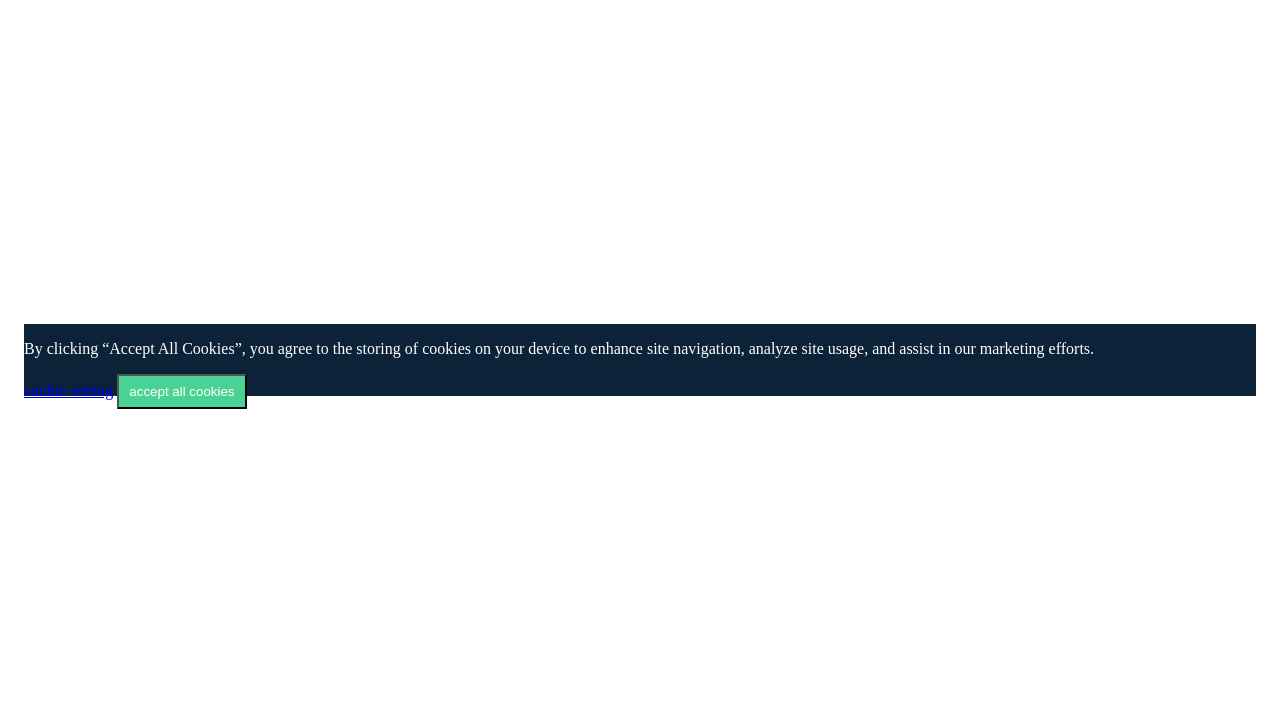
Repository: batonAnton/cursor_cookies_lectr3
Page: index.html
These files come from the project's save history. The page is drawn as it stood at one moment and after the next save; the edit follows.
The browser window is 1280 px wide. The pictures show the whole page.

Above is the page before, as saved 2022-06-01 10:33:33.

### index.html
<!DOCTYPE html>
<html lang="en">
<head>
    <meta charset="UTF-8">
    <meta http-equiv="X-UA-Compatible" content="IE=edge">
    <meta name="viewport" content="width=device-width, initial-scale=1.0">
    <link rel="preconnect" href="https://fonts.googleapis.com">
    <link rel="preconnect" href="https://fonts.gstatic.com" crossorigin>
    <link href="https://fonts.googleapis.com/css2?family=Roboto:ital,wght@1,500&display=swap" rel="stylesheet">
    <link rel="stylesheet" href="/css/style.css">
    <title>Cookie Banner</title>
</head>
<body>
    <div class="container">
        <div class="banner_1">
            <p>By clicking “Accept All Cookies”, you agree to the storing of cookies on your device to enhance site navigation, analyze site usage, and assist in our marketing efforts.</p>

            <a href="#">cookie setting</a>

            <button>accept all cookies</button>
        </div>
    </div>
</body>
</html>

### css/style.css
body {
  margin: 324px 24px;
}
p {
  font-size: 1rem;
}

.banner_1 {
  width: 100%;
  height: 72px;
  display: inline-block;
  background-color: #0b2239;
}

.banner_1 p {
  color: #ffffff;
}

.banner_1 button {
  color: #ffffff;
  background-color: #4ad295;
  padding: 8px 10px 8px 10px;
}

After the next save:
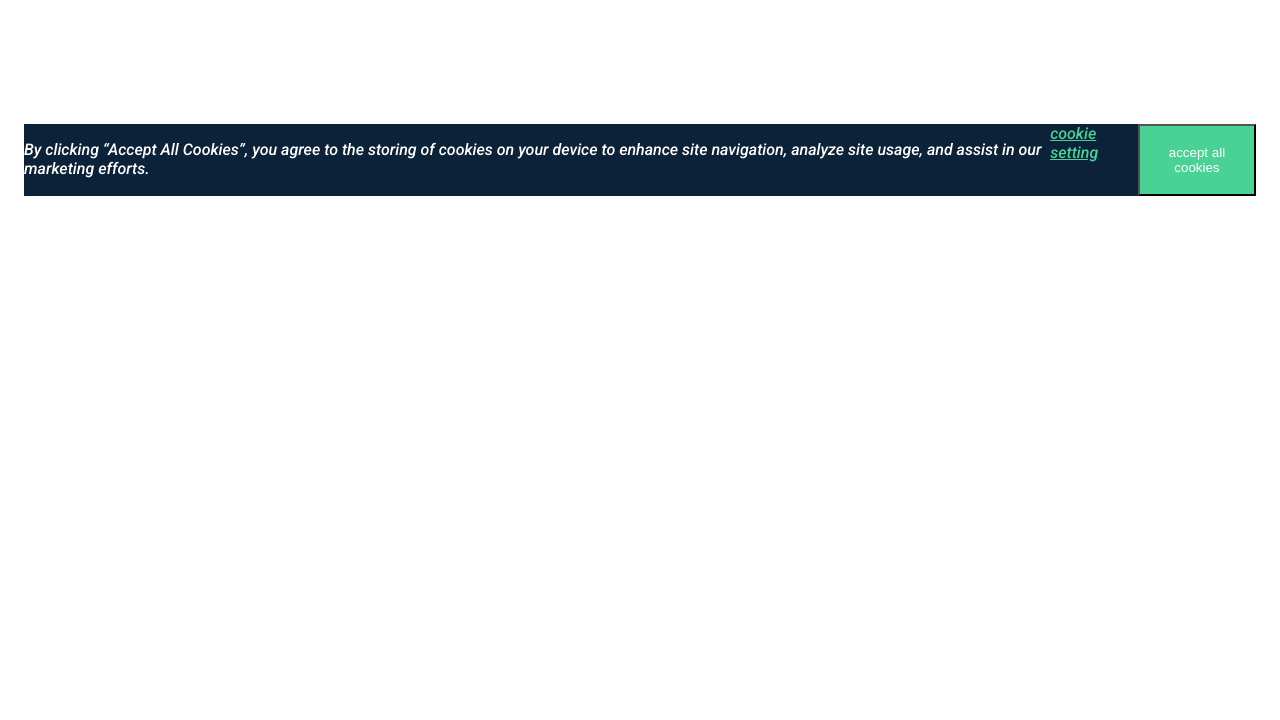
Saved 19 s later.
--- a/css/style.css
+++ b/css/style.css
@@ -1,5 +1,6 @@
 body {
-  margin: 324px 24px;
+  margin: 124px 24px;
+  font-family: 'Roboto', sans-serif;
 }
 p {
   font-size: 1rem;
@@ -8,7 +9,7 @@ p {
 .banner_1 {
   width: 100%;
   height: 72px;
-  display: inline-block;
+  display: inline-flex;
   background-color: #0b2239;
 }
 
@@ -16,6 +17,11 @@ p {
   color: #ffffff;
 }
 
+.banner_1 a{
+    color: #4AD295;
+    margin
+}
+
 .banner_1 button {
   color: #ffffff;
   background-color: #4ad295;
